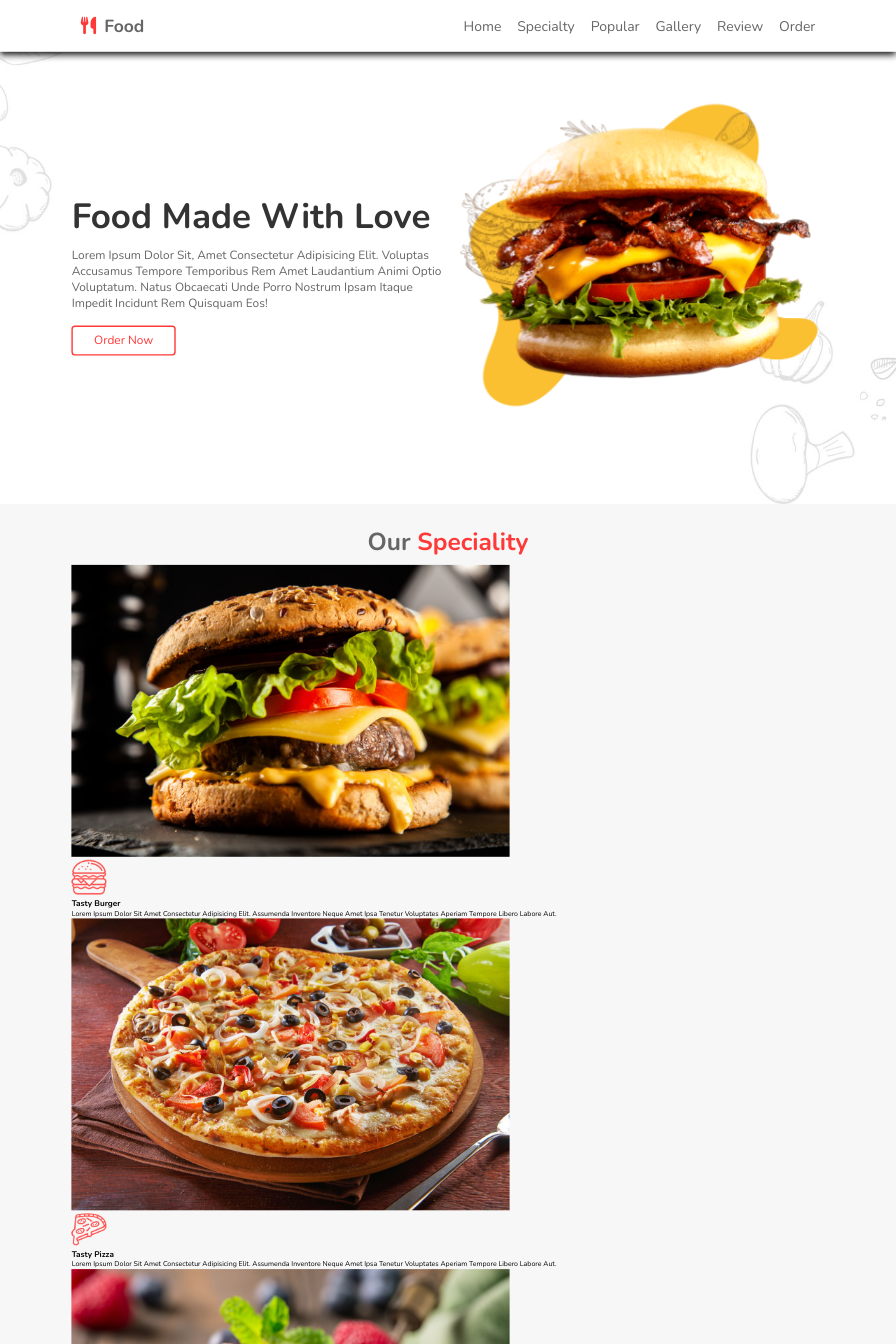
Repository: wenxi0504/ResturantApp-static-
Page: index.html
The author's editor kept a copy of each file at every save. The page is drawn from the files as they stood at one save, then again after the next save.
The browser window is 1280 px wide. The pictures show the part of the page from y = 0 to 1920 px (the page is 3875 px tall before and 3950 px after), at 70% of full size.

Above is the page before, as saved 2022-01-09 23:34:06.
Console error: TypeError: Cannot read properties of null (reading 'classList')

After the next save:
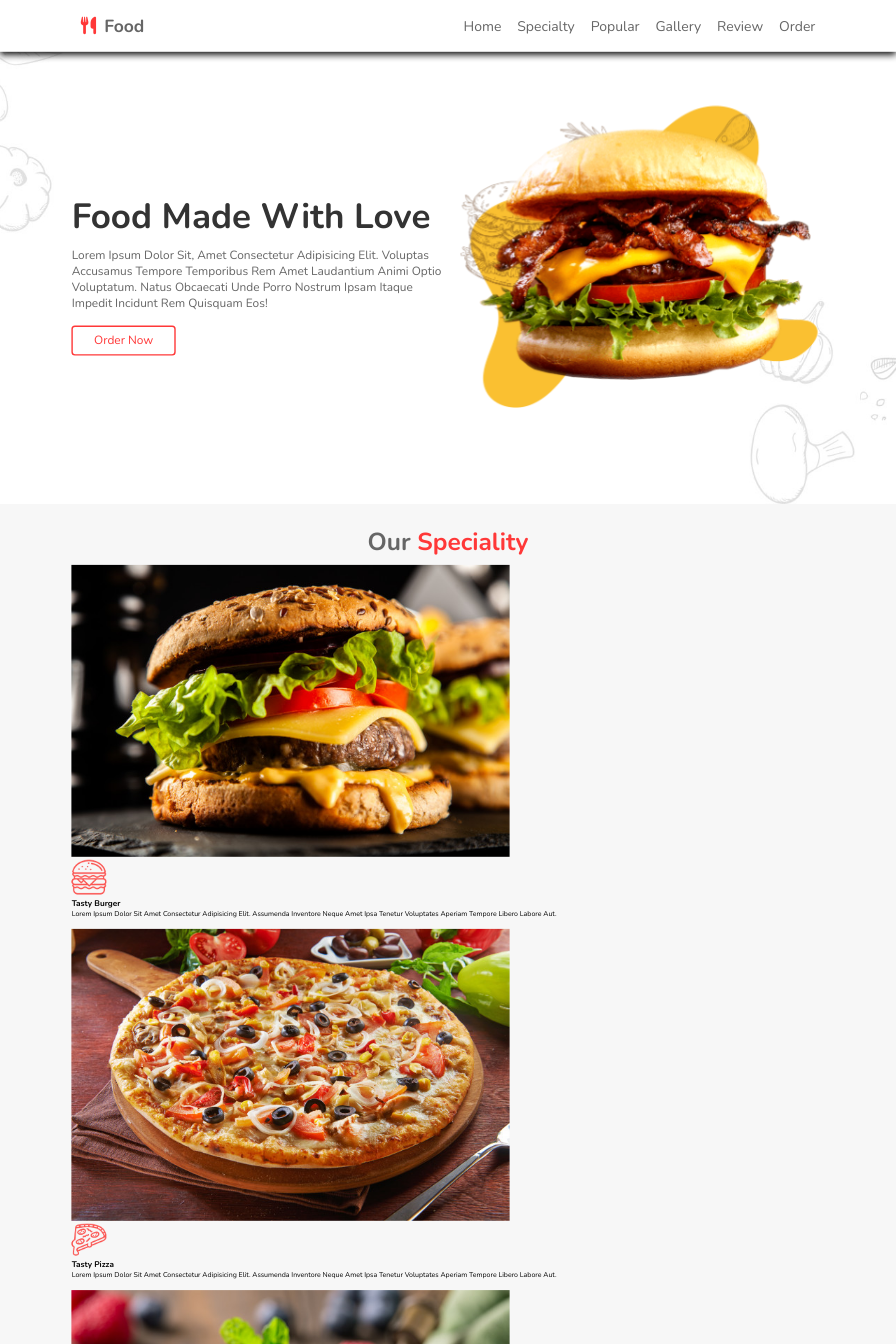
Saved 2 min 39 s later.
--- a/style.css
+++ b/style.css
@@ -181,6 +181,12 @@
   color:var(--red);
 }
 
+.speciality .box-container{
+  display: flex;
+  flex-wrap: wrap;
+  gap:1.5rem;
+}
+
 
 
 

After the 2 saves that followed:
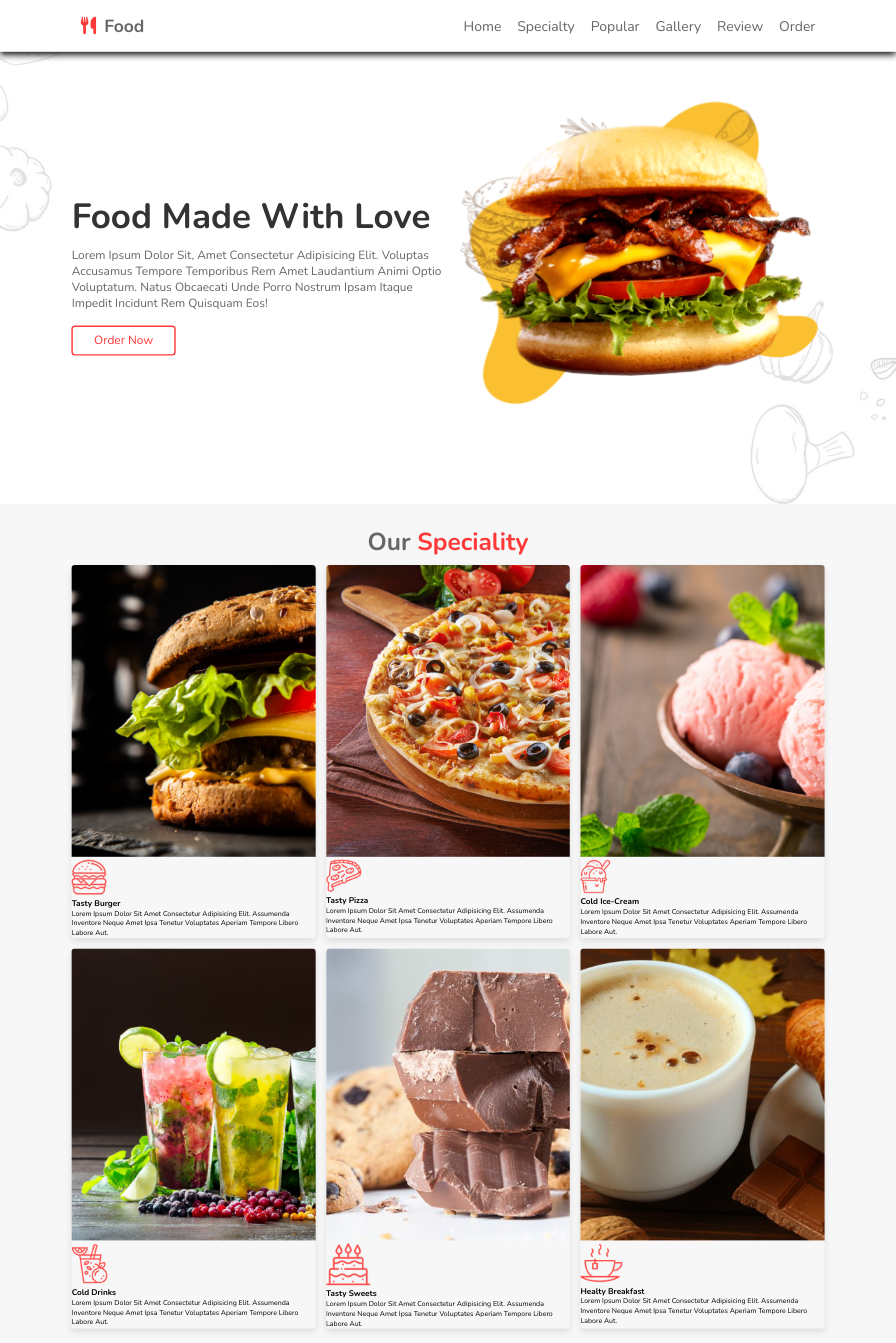
The 2 saves are shown as one change because 1 left the picture as it was.
The last was saved 3 min 7 s later.
--- a/style.css
+++ b/style.css
@@ -187,6 +187,16 @@
   gap:1.5rem;
 }
 
+.speciality .box-container .box{
+  flex:1 1 30rem;
+  position: relative;
+  overflow: hidden;
+  box-shadow: 0 .5rem 1rem rgba(0,0,0,.1);
+  cursor: pointer;
+  border-radius:.5rem;
+
+}
+
 
 
 
